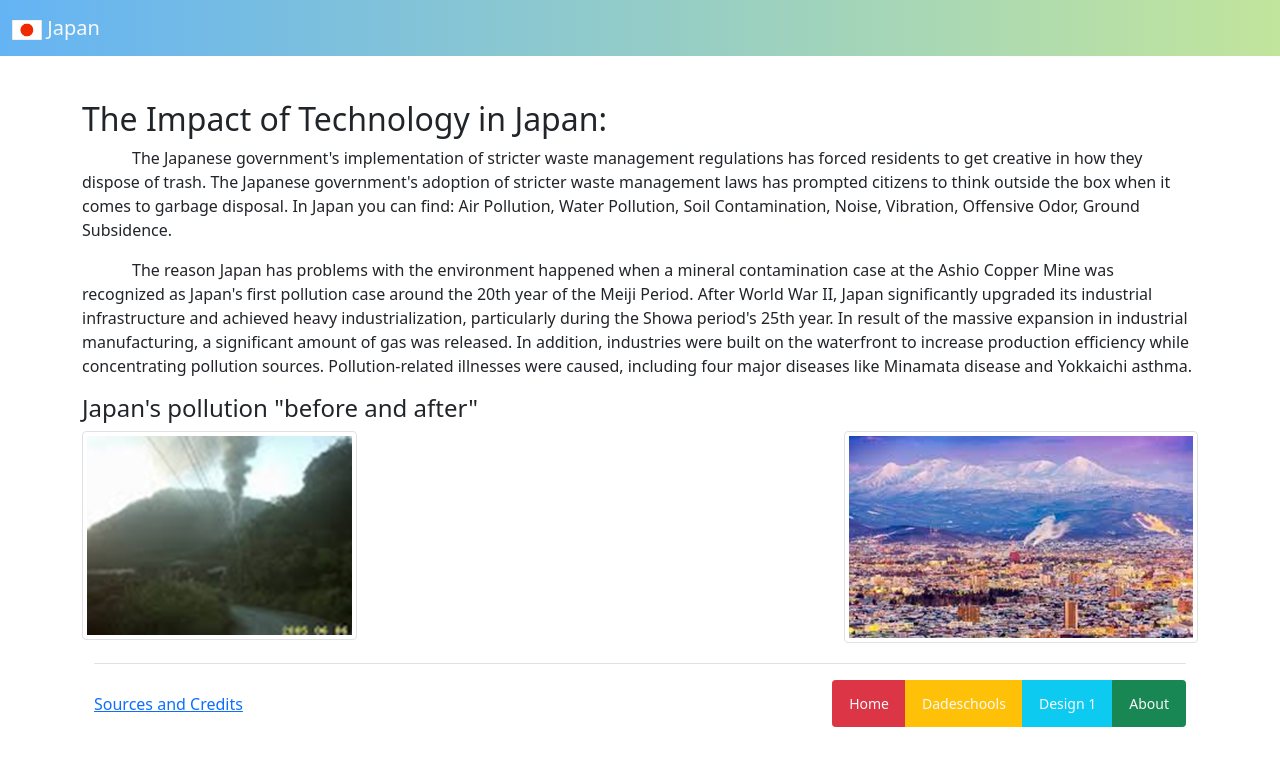
Repository: mrchilliballs/mrchilliballs.github.io
Page: untitled-2.html
These files come from the project's save history. The page is drawn as it stood at one moment and after the next save; the edit follows.
The browser window is 1280 px wide. The pictures show the whole page.

Above is the page before, as saved 2021-09-02 19:02:22.

After the next save:
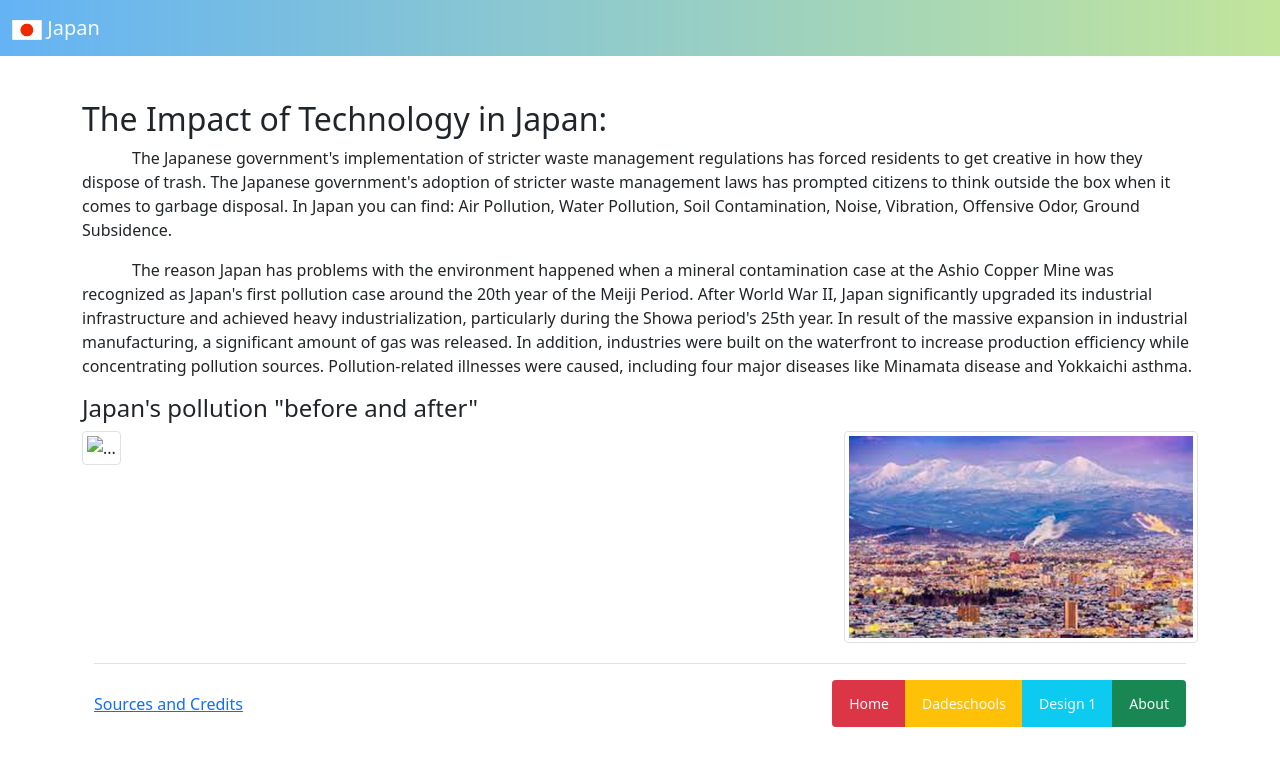
Not found: Picture1.png
Saved 119 s later.
--- a/untitled-2.html
+++ b/untitled-2.html
@@ -36,7 +36,7 @@
 	<br></p><p style="text-indent: 50px;">The reason Japan has problems with the environment happened when a mineral contamination case at the Ashio Copper Mine was recognized as Japan's first pollution case around the 20th year of the Meiji Period. After World War II, Japan significantly upgraded its industrial infrastructure and achieved heavy industrialization, particularly during the Showa period's 25th year. In result of the massive expansion in industrial manufacturing, a significant amount of gas was released. In addition, industries were built on the waterfront to increase production efficiency while concentrating pollution sources. Pollution-related illnesses were caused, including four major diseases like Minamata disease and Yokkaichi asthma.
     </p>
     <h4>Japan's pollution "before and after"</h4>
-    <div class="float-start"><img src="Picture3.png" class="rounded img-thumbnail img-fluid" alt="..."></div>
+    <div class="float-start"><img src="Picture1.png" class="rounded img-thumbnail img-fluid" alt="..."></div>
     <div class="float-end"><img src="Picture4.png" class="rounded img-thumbnail img-fluid" alt="..."></div>
     <div style="margin-bottom: 15rem;"></div>
         <div class="container">
